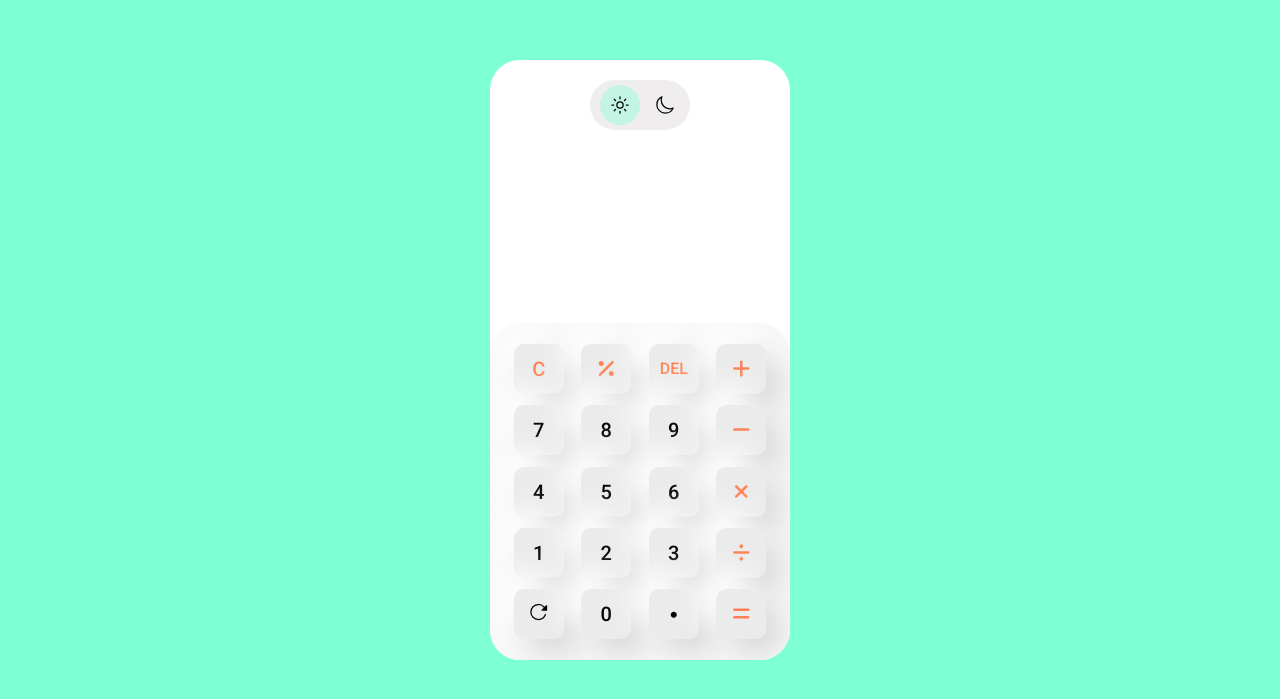
Repository: dinhtri123/caculator-app
Page: index.html
The author's editor kept a copy of each file at every save. The page is drawn from the files as they stood at one save, then again after the next save.
The browser window is 1280 px wide. The pictures show the whole page.
After loading, the first visible `div.button-mode` was clicked once.

Above is the page before, as saved 2023-01-04 09:05:28.

### index.html
<!DOCTYPE html>
<html lang="en" data-theme="light">
  <head>
    <meta charset="UTF-8" />
    <meta http-equiv="X-UA-Compatible" content="IE=edge" />
    <meta name="viewport" content="width=device-width, initial-scale=1.0" />
    <title>Caculator App</title>
    <script
      type="module"
      src="https://unpkg.com/ionicons@5.5.2/dist/ionicons/ionicons.esm.js"
    ></script>
    <script
      nomodule
      src="https://unpkg.com/ionicons@5.5.2/dist/ionicons/ionicons.js"
    ></script>
    <link
      rel="stylesheet"
      href="https://cdnjs.cloudflare.com/ajax/libs/font-awesome/6.2.1/css/all.min.css"
      integrity="sha512-MV7K8+y+gLIBoVD59lQIYicR65iaqukzvf/nwasF0nqhPay5w/9lJmVM2hMDcnK1OnMGCdVK+iQrJ7lzPJQd1w=="
      crossorigin="anonymous"
      referrerpolicy="no-referrer"
    />
    <link rel="stylesheet" href="style.css" />
  </head>
  <body>
    <div class="wrapper">
      <div class="mode">
        <div class="button-mode light active-mode">
          <ion-icon name="sunny-outline" class="icon-mode"></ion-icon>
        </div>
        <div class="button-mode dark">
          <ion-icon name="moon-outline" class="icon-mode"></ion-icon>
        </div>
      </div>
      <div class="main">
        <div class="display">
          <div class="show"></div>
          <div class="result"></div>
        </div>
        <div class="caculator">
          <div>
            <button class="btn clear operator">C</button>
          </div>
          <div>
            <button value="%" class="btn operator">
              <i class="fa-solid fa-percent"></i>
            </button>
          </div>
          <div>
            <button class="btn delete operator">DEL</button>
          </div>
          <div>
            <button value="+" class="btn">
              <i class="fa-solid fa-plus operator"></i>
            </button>
          </div>
          <div>
            <button value="7" class="btn">7</button>
          </div>
          <div>
            <button value="8" class="btn">8</button>
          </div>
          <div>
            <button value="9" class="btn">9</button>
          </div>
          <div>
            <button value="-" class="btn operator">
              <i class="fa-solid fa-minus"></i>
            </button>
          </div>
          <div>
            <button value="4" class="btn">4</button>
          </div>
          <div>
            <button value="5" class="btn">5</button>
          </div>
          <div>
            <button value="6" class="btn">6</button>
          </div>
          <div>
            <button value="*" class="btn operator">
              <i class="fa-solid fa-xmark"></i>
            </button>
          </div>
          <div>
            <button value="1" class="btn">1</button>
          </div>
          <div>
            <button value="2" class="btn">2</button>
          </div>
          <div>
            <button value="3" class="btn">3</button>
          </div>
          <div>
            <button value="/" class="btn operator">
              <i class="fa-solid fa-divide"></i>
            </button>
          </div>
          <div>
            <button class="undo">
              <ion-icon name="reload-outline"></ion-icon>
            </button>
          </div>
          <div>
            <button value="0" class="btn">0</button>
          </div>
          <div>
            <button class="btn dot" value=".">
              <i class="fa-solid fa-circle"></i>
            </button>
          </div>
          <div>
            <button class="btn equal operator">
              <i class="fa-solid fa-equals"></i>
            </button>
          </div>
        </div>
      </div>
    </div>
  </body>
  <script src="index.js"></script>
</html>

### style.css
@import url("https://fonts.googleapis.com/css2?family=Roboto:wght@100;300;400;500;700&display=swap");
* {
  margin: 0;
  padding: 0;
  box-sizing: border-box;
  font-family: "Roboto", sans-serif;
}
body {
  width: 100%;
  min-height: 100vh;
  height: 100%;
  background-color: aquamarine;
  font-size: 16px;
  line-height: 1.5;
  font-weight: 400;
  display: flex;
  justify-content: center;
  align-items: center;
}

.wrapper {
  max-width: 300px;
  width: 100%;
  height: 600px;
  background: white;
  border-radius: 30px;
  position: relative;
  overflow: hidden;
}

.mode {
  position: absolute;
  top: 20px;
  left: 50%;
  transform: translateX(-50%);
  width: 100px;
  height: 50px;
  background-color: rgb(239, 237, 237);
  border-radius: 30px;
  padding: 0px 10px;
  display: flex;
  justify-content: space-around;
  align-items: center;
  gap: 5px;
}
.light,
.dark {
  display: flex;
  justify-content: center;
  align-items: center;
  padding: 10px;
  border-radius: 50%;
}
.active-mode {
  background-color: rgba(127, 255, 212, 0.388);
}
.icon-mode {
  font-size: 20px;
  cursor: pointer;
}
.main {
  width: 100%;
  height: 100%;
  display: flex;
  flex-direction: column;
  gap: 40px;
}
.display {
  width: 100%;
  height: 40%;
  display: flex;
  flex-direction: column;
  justify-content: end;
  align-items: flex-end;
  padding: 0px 40px;
}
.show {
  font-size: 20px;
  font-weight: 600;
  letter-spacing: 1.5px;
}
.result {
  font-size: 40px;
  font-weight: 700;
  letter-spacing: 1.5px;
}
.caculator {
  width: 100%;
  height: 60%;
  padding: 15px;
  border-top-left-radius: 30px;
  border-top-right-radius: 30px;
  background-color: rgb(248, 248, 248);
  display: grid;
  grid-template-columns: repeat(4, 1fr);
  justify-content: center;
  align-items: center;
}
.caculator > div {
  display: flex;
  justify-content: center;
  align-items: center;
}
button {
  width: 50px;
  height: 50px;
  border-radius: 10px;
  outline: none;
  border: none;
  background: #ebebeb;
  box-shadow: 15px 15px 30px #d8d8d8, -15px -15px 30px #fefefe;
  font-size: 20px;
  cursor: pointer;
  font-weight: 500;
}
.dot {
  font-size: 6px;
}
.delete {
  font-size: 16px;
}
.operator {
  color: coral;
}

### index.js
// mode
const btnMode = document.querySelectorAll(".button-mode");

for (let i = 0; i < btnMode.length; i++) {
  btnMode[i].addEventListener("click", function () {
    for (let j = 0; j < btnMode.length; j++) {
      btnMode[j].className = btnMode[j].className.replace(" active-mode", "");
    }
    let wrapper = document.querySelector(".wrapper");
    let main = document.querySelector(".main");
    wrapper.classList.to
    this.className += " active-mode";
  });
}
// caculator
const btn = document.querySelectorAll(".btn");
const result = document.querySelector(".result");
const show = document.querySelector(".show");
const equal = document.querySelector(".equal");
const resetField = document.querySelector(".clear");
const clearOneNumber = document.querySelector(".delete");
const undo = document.querySelector(".undo");

for (let i = 0; i < btn.length; i++) {
  btn[i].addEventListener("click", function () {
    show.textContent += this.value;
  });
}

equal.addEventListener("click", function () {
  const res = show.textContent;
  const output = eval(res);
  result.textContent = output;
  localStorage.setItem("undo", (show.textContent += this.value));
});

clearOneNumber.addEventListener("click", function () {
  let res = show.textContent;
  show.textContent = res.slice(0, -1);
});

resetField.addEventListener("click", function () {
  show.textContent = "";
  result.textContent = "";
});

undo.addEventListener("click", function () {
  let values = localStorage.getItem("undo");
  show.textContent = values;
});

After the next save:
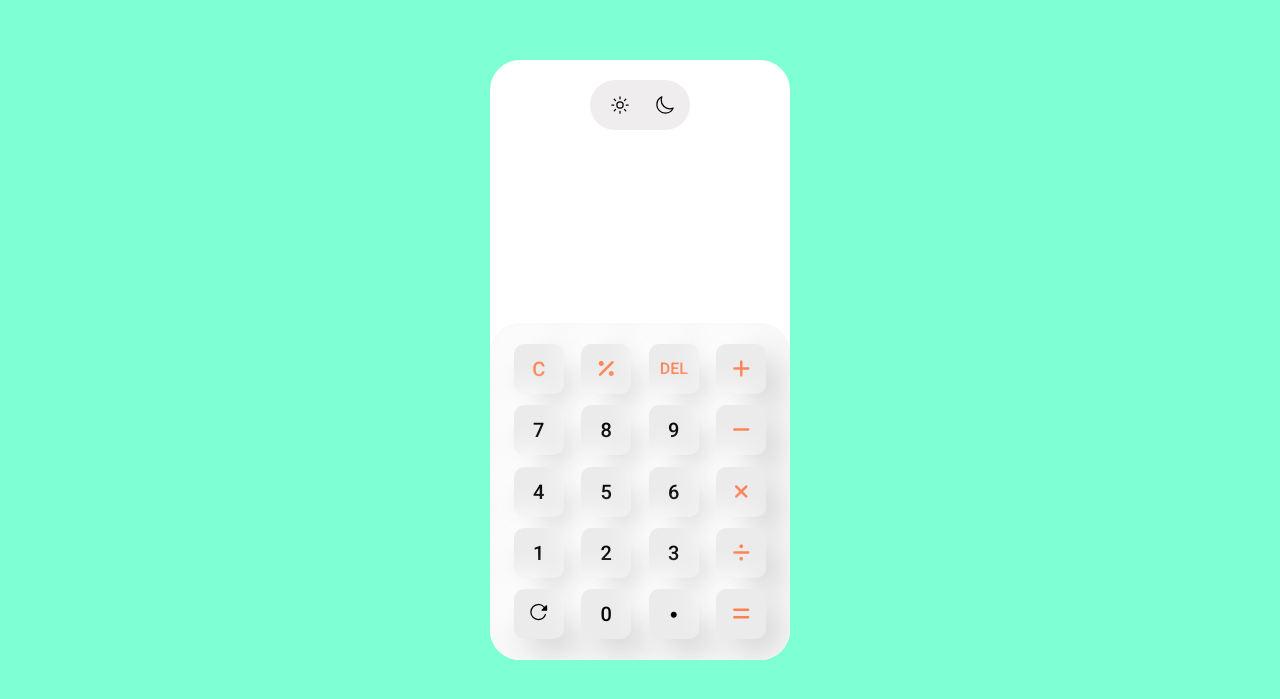
Console error: TypeError: Cannot read properties of undefined (reading 'className')
Saved 10 s later.
--- a/index.js
+++ b/index.js
@@ -8,7 +8,7 @@
     }
     let wrapper = document.querySelector(".wrapper");
     let main = document.querySelector(".main");
-    wrapper.classList.to
+    wrapper.classList.
     this.className += " active-mode";
   });
 }

After the save that followed:
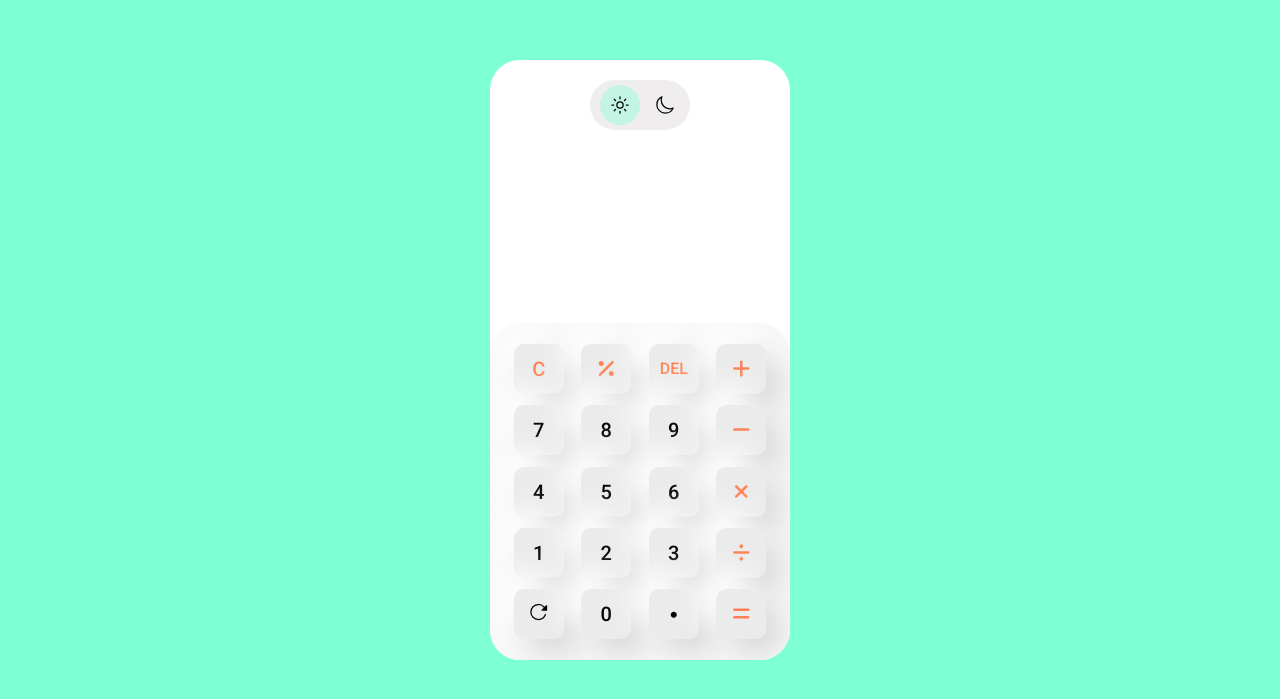
The error is gone.
Saved 37 s later.
--- a/index.js
+++ b/index.js
@@ -8,7 +8,7 @@
     }
     let wrapper = document.querySelector(".wrapper");
     let main = document.querySelector(".main");
-    wrapper.classList.
+    wrapper.class
     this.className += " active-mode";
   });
 }
